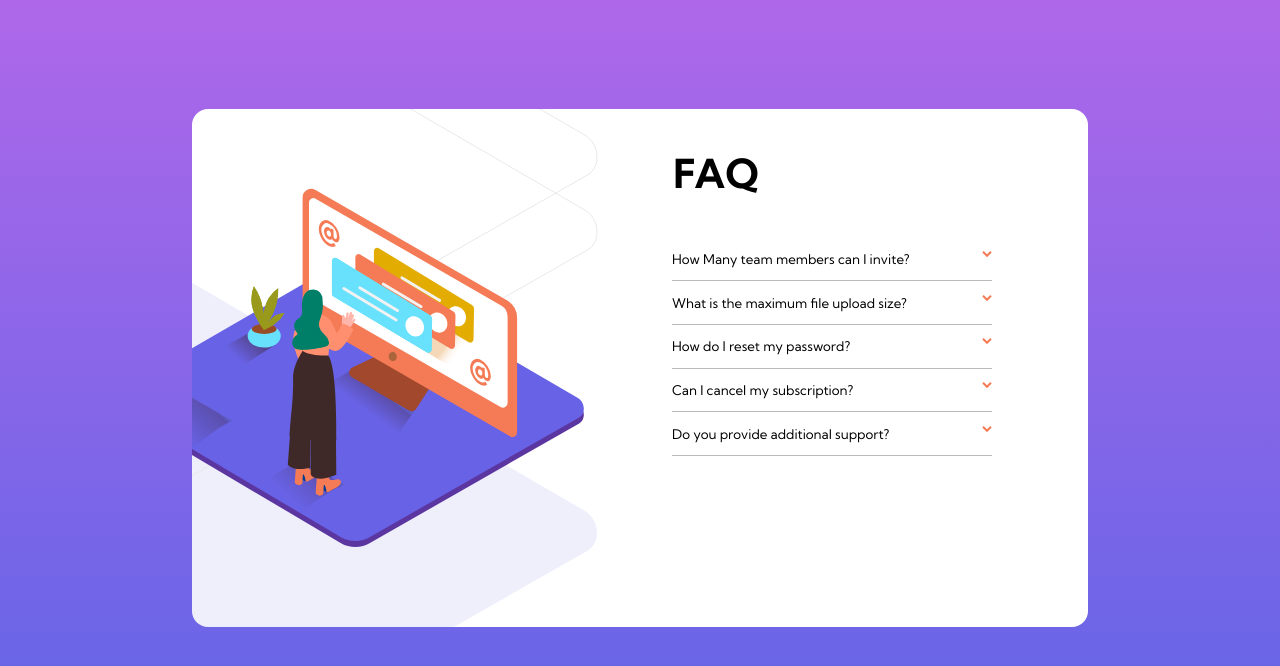
Repository: ryanwilll/ProjetoFAQ
Page: index.html
The author's editor kept a copy of each file at every save. The page is drawn from the files as they stood at one save, then again after a run of saves.
The browser window is 1280 px wide. The pictures show the whole page.

Above is the page before, as saved 2022-10-28 12:32:17.

After the next 2 saves:
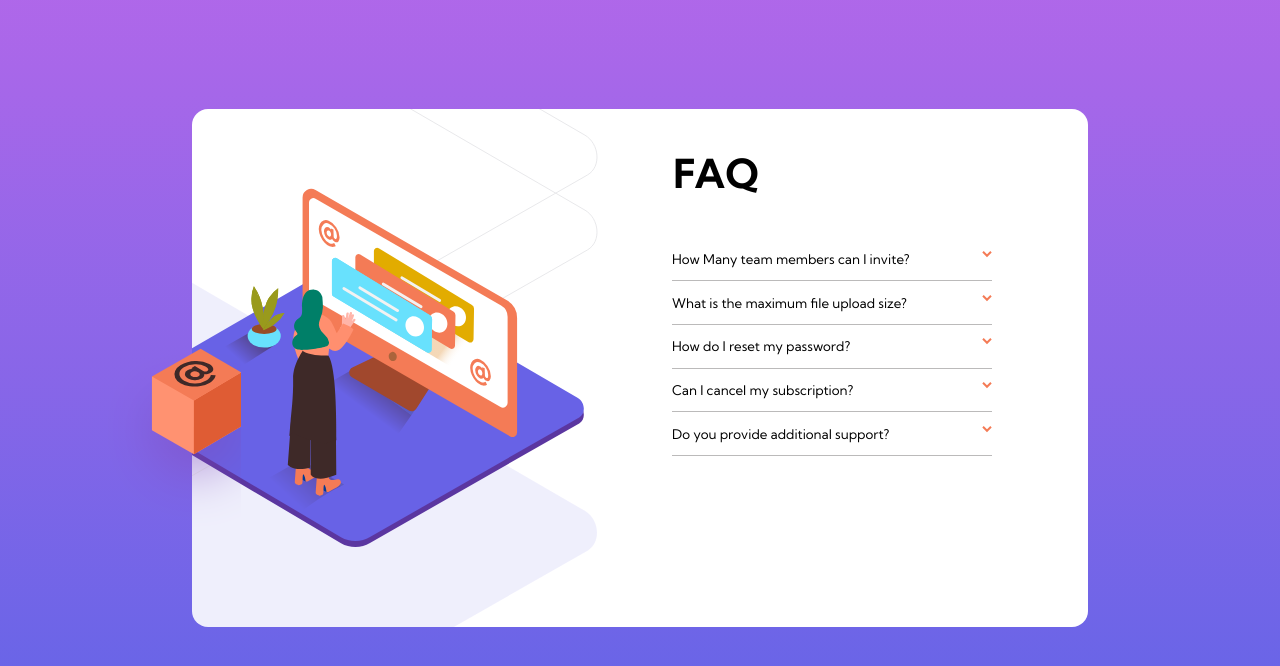
The 2 saves are shown as one change because they came seconds apart.
The last was saved 5 s later.
--- a/css/allmedia.css
+++ b/css/allmedia.css
@@ -150,9 +150,10 @@
     background: url(../images/illustration-box-desktop.svg) no-repeat;
     width: 140px;
     height: 190px;
-    position:   ;
-    top: 60%;
+    position: absolute;
+    top: 66%;
     left: -1.6%;
+    transform: translate(-55%, -55%);
     animation: boxHop 2s ease-in-out;
     animation-iteration-count: infinite;
   }
